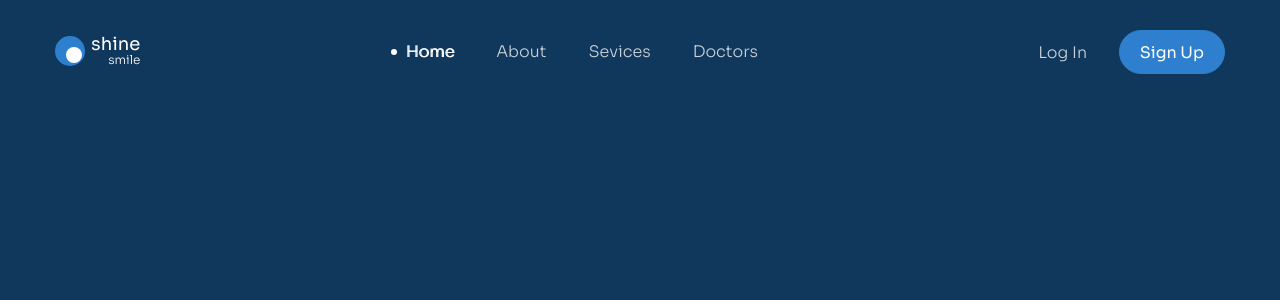
Repository: trungnguyen131/project-03
Page: index.html
The author's editor kept a copy of each file at every save. The page is drawn from the files as they stood at one save, then again after the next save.
The browser window is 1280 px wide. The pictures show the whole page.

Above is the page before, as saved 2024-03-31 16:30:40.

After the next save:
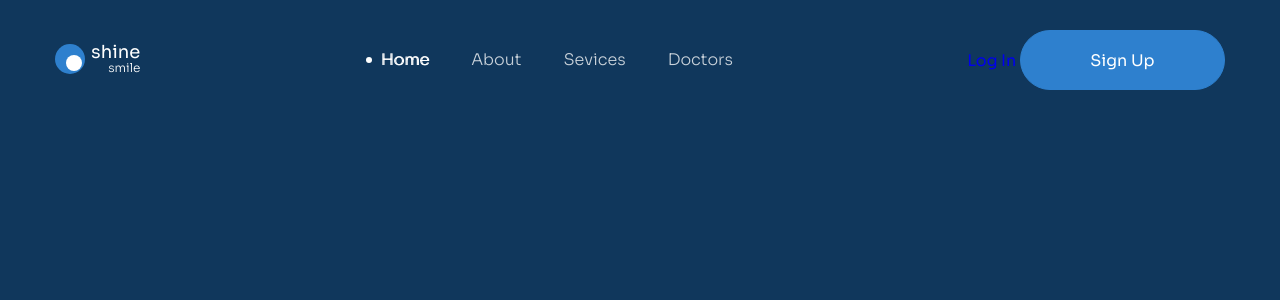
Saved 11 s later.
--- a/index.html
+++ b/index.html
@@ -71,8 +71,8 @@
 
                 <!-- Action -->
                 <div class="header-action">
-                    <a href="#!" class="action__login ">Log In</a>
-                    <a href="#!" class="btn action__signup">Sign Up</a>
+                    <a href="#!" class="header-action__login ">Log In</a>
+                    <a href="#!" class="btn header-action__signup">Sign Up</a>
                 </div>
 
             </div>

After the save that followed:
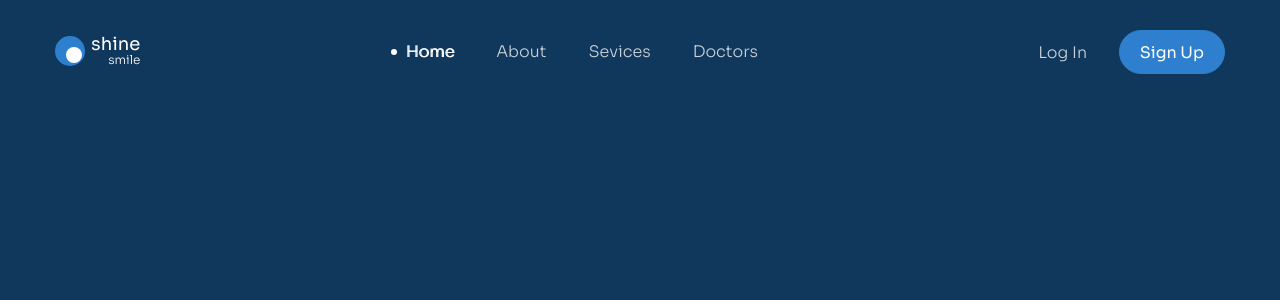
Saved 60 s later.
--- a/assets/css/style.css
+++ b/assets/css/style.css
@@ -110,7 +110,7 @@
 .navbar__list {
     display: flex;
 }
-.action__login,
+.header-action__login,
 .navbar__link {
     padding:4px 21px;
     color:#C9D2DA;
@@ -135,11 +135,11 @@
     background-color: #fff;
 }
 
-.action__login {
+.header-action__login {
     margin-right: 7px;
 }
 
-.action__signup {
+.header-action__signup {
     --height: 44px;
     min-width: 104px;
 }
